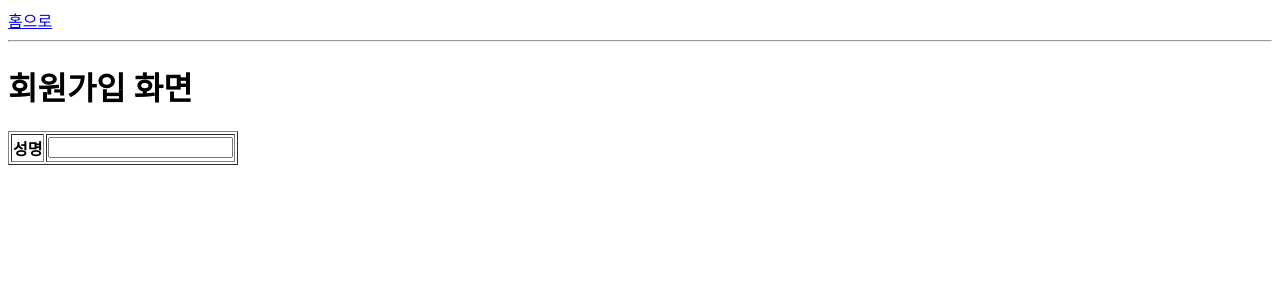
Repository: honsb91/Study_Spring
Page: http://localhost/01.Web/member
The author's editor kept a copy of each file at every save. The page is drawn from the files as they stood at one save, then again after the next save.
The browser window is 1280 px wide. The pictures show the whole page.
The page is served by Tomcat 9.

Above is the page before, as saved 2023-12-20 06:42:53.

After the next save:
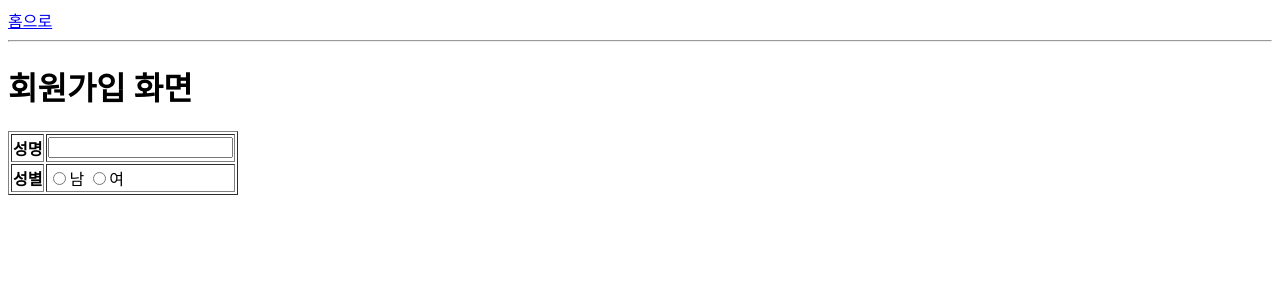
Saved 2 min 0 s later.
--- a/WorkSpace/01.Web/src/main/webapp/WEB-INF/views/member/join.jsp
+++ b/WorkSpace/01.Web/src/main/webapp/WEB-INF/views/member/join.jsp
@@ -17,7 +17,12 @@
 		<tr><th>성명</th>
 			<td><input type="text" name="name"></td>
 		</tr>
-
+		<tr><th>성별</th>
+			<td>
+				<input type="radio" name="gender">남
+				<input type="radio" name="gender">여
+			</td>
+		</tr>
 		</table>
 
 	</form>
